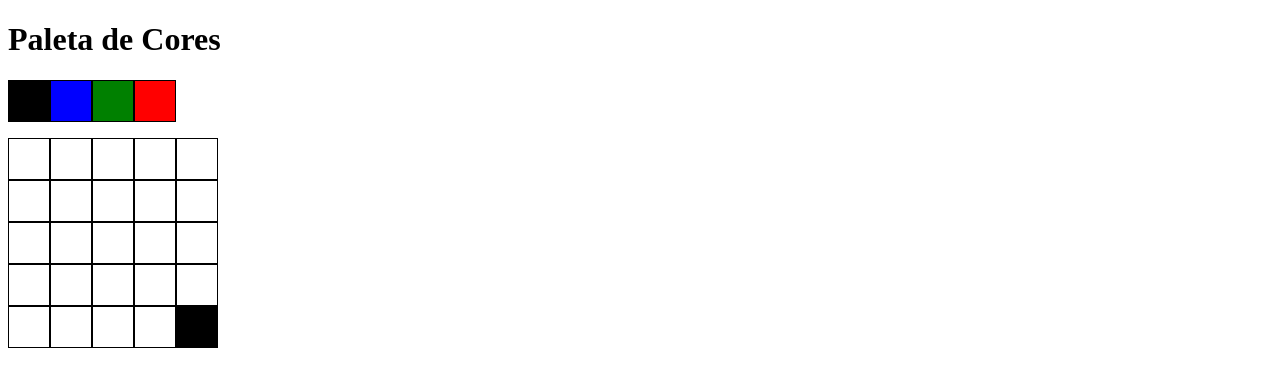
Repository: MuriloColleti/project-Pixer-Art
Page: index.html
The author's editor kept a copy of each file at every save. The page is drawn from the files as they stood at one save, then again after the next save.
The browser window is 1280 px wide. The pictures show the whole page.
After loading, the first visible `div.pixel` was clicked once.

Above is the page before, as saved 2024-02-06 14:30:54.

### index.html
<!DOCTYPE html>
<html lang="en">
<head>
    <meta charset="UTF-8">
    <meta name="viewport" content="width=device-width, initial-scale=1.0">
    <link rel="stylesheet" href="style.css">
    <title>Paleta de Cores</title>
</head>

<body>
    <header> <h1 id="title"> Paleta de Cores </h1> </header>

<div class="pallet-container">
    <div class="square black color"></div>
    <div class="square blue color"></div>
    <div class="square green color"></div>
    <div class="square red color"></div>
</div>
    <main id="pixel-board"></main>

</body>

<script src="script.js"></script>

</html>

### style.css
.black{
    background-color: black;
}

.blue{
    background-color: blue;
}

.red{
    background-color: red;
}

.green{
    background-color: green;
}

.square{
    width: 40px;
    height: 40px;
    border: 1px solid black;
}

.pallet-container{
    display: flex;
    margin-bottom: 1rem;
}

.pixel{
    width: 40px;
    height: 40px;
    border: 1px solid black;
    display: flex;
}

#pixel-board{

    display: flex;
    flex-direction: column;
    justify-content: center;

}

.line{
    display: flex;
}

### script.js
var pixeltable = document.getElementById('pixel-board');

for(linha = 0; linha < 5; linha += 1){

    var newLine = document.createElement('div')
    newLine.classList.add('line')
    pixeltable.appendChild(newLine);

    for(pixel = 0; pixel < 5; pixel += 1){
    var newPixel = document.createElement('div')
    newPixel.classList.add('pixel')
    newPixel.addEventListener('click', paintpixel);
    newLine.appendChild(newPixel)
    }
}

function paintpixel(){
    newPixel.style.backgroundColor = 'black';
}

After the next save:
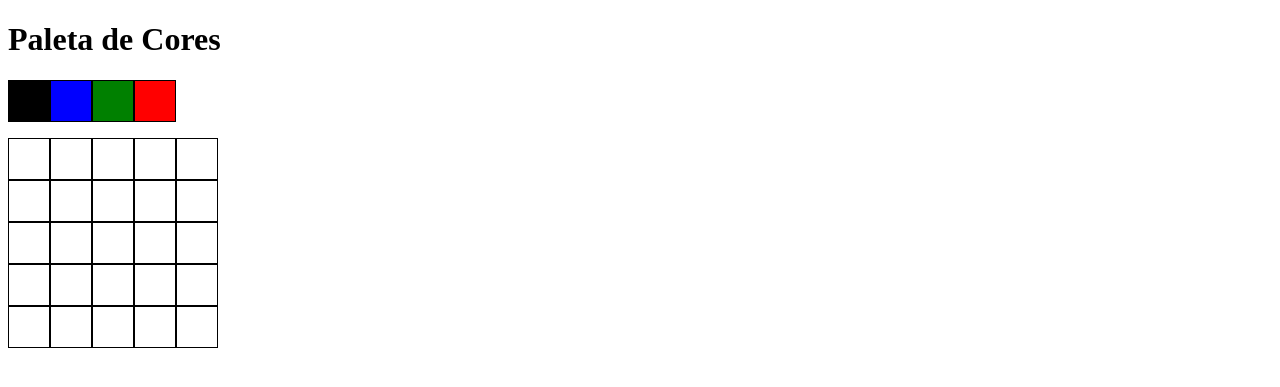
Console error: TypeError: Cannot set properties of undefined (setting 'backgroundColor')
Saved 30 s later.
--- a/script.js
+++ b/script.js
@@ -14,6 +14,7 @@
     }
 }
 
+
 function paintpixel(){
-    newPixel.style.backgroundColor = 'black';
+    pixel.style.backgroundColor = 'black';
 }

After the 4 saves that followed:
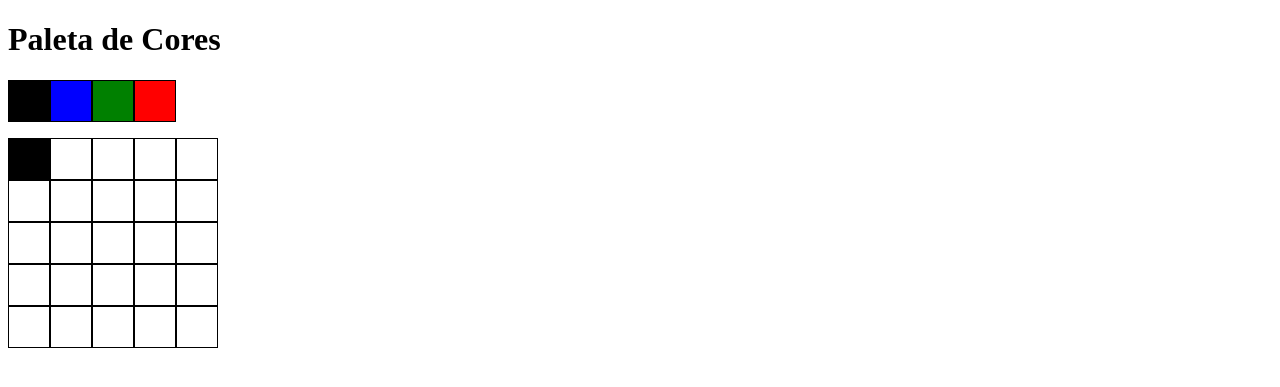
The error is gone.
The 4 saves are shown as one change because 3 left the picture as it was.
The last was saved 81 s later.
--- a/script.js
+++ b/script.js
@@ -14,7 +14,6 @@
     }
 }
 
-
 function paintpixel(){
-    pixel.style.backgroundColor = 'black';
+    this.style.backgroundColor = 'black';
 }
